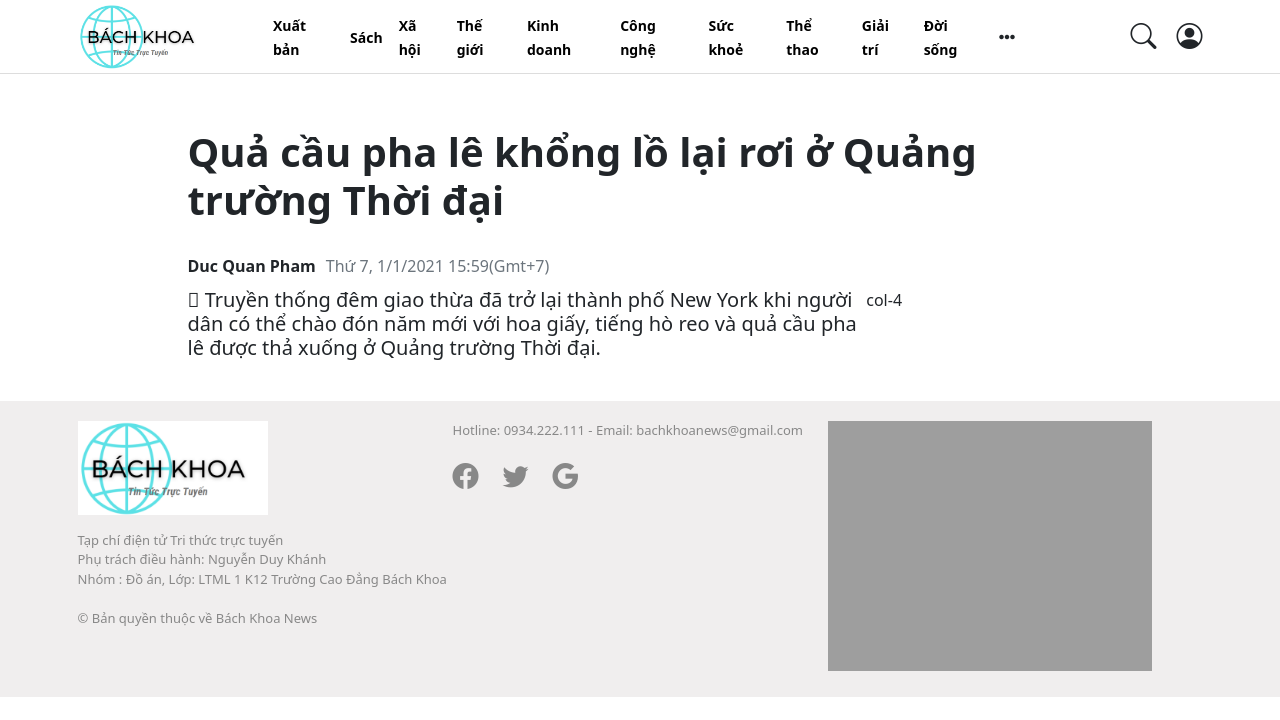
Repository: khanh2324/Java_Web
Page: WebContent/home-new/index.html
An editor plug-in stored every save of this project. The page is shown before and after the next save, followed by the edit.
The browser window is 1280 px wide. The pictures show the whole page.
Pictures or frames that could not be fetched are drawn as grey boxes. Some web libraries are served in a nearby version.

Above is the page before, as saved 2022-01-01 16:12:43.

After the next save:
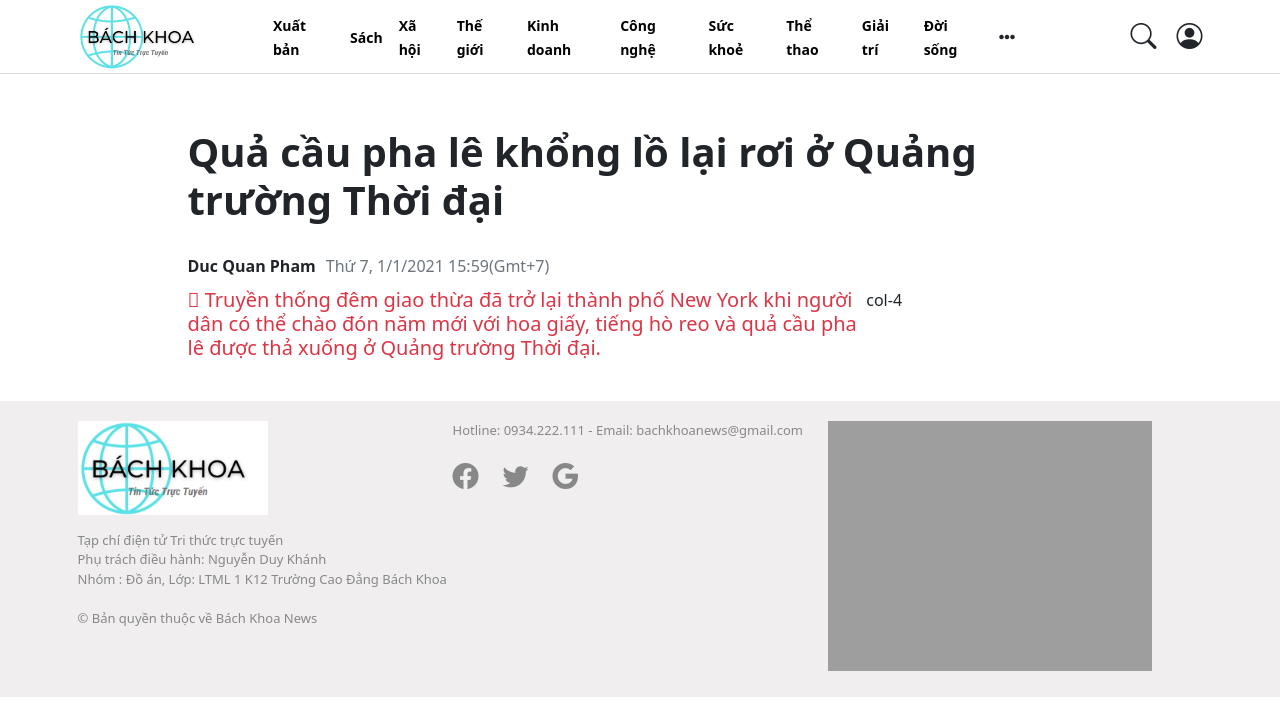
Saved 43 s later.
--- a/WebContent/home-new/index.html
+++ b/WebContent/home-new/index.html
@@ -407,7 +407,7 @@
                 <div class="content-hot d-flex mt-xxl-5">
 
                         <div class="col-9">
-                            <h2 class="category-heading font-weight-bold fa-align-justify">
+                            <h2 class="category-heading font-weight-bold fa-align-justify text-danger">
                                 Truyền thống đêm giao thừa đã trở lại thành phố New York khi người dân có thể chào đón năm mới với hoa giấy, tiếng hò reo và quả cầu pha lê được thả xuống ở Quảng trường Thời đại.
                             </h2>
                         </div>
